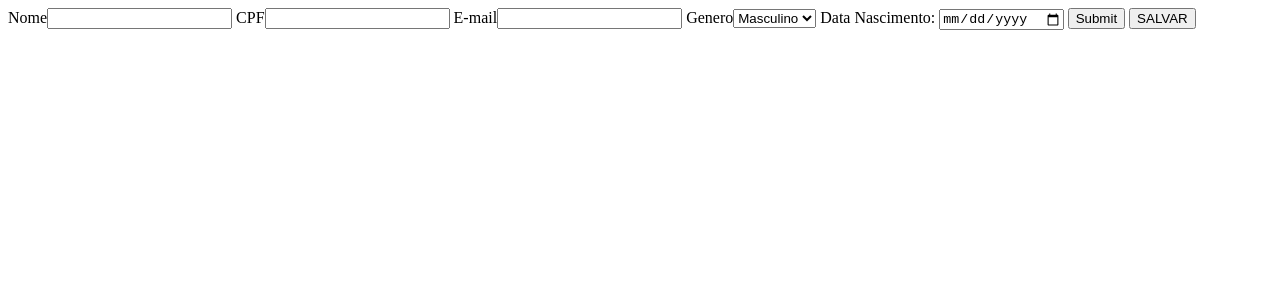
Repository: BrunoFBI/LED-2019
Page: http://localhost/les12015-web/CadastroCliente.jsp
These files come from the project's save history. The page is drawn as it stood at one moment and after the next save; the edit follows.
The browser window is 1280 px wide. The pictures show the whole page.
The page is served by Tomcat 9. Other server files are loaded and not shown.

Above is the page before, as saved 2019-02-12 17:42:50.

### les12015-web/WebContent/CadastroCliente.jsp
<%@ page language="java" contentType="text/html; charset=ISO-8859-1"
    pageEncoding="ISO-8859-1"%>
<!DOCTYPE html>
<html>
<head>
<meta charset="ISO-8859-1">
<title>Cadastro de Clientes</title>

</head>
<body>

	<form method="post" action="SalvarCliente">
			Nome<input type="text" id="txtNome" name="txtNome"/>
			CPF<input type="text" id="txtCpf" name="txtCpf"/>
			E-mail<input type="text" id="email" name="email"/>
			Genero<select id="gender" name="gender">
			  <option value="volvo">Masculino</option>
			  <option value="volvo">Feminino</option>
			  <option value="volvo">Outros</option>
			</select>
			Data Nascimento: <input type="date" name="bday">
  <input type="submit">
		<input type="submit" name="operacao" value="SALVAR" id="operacao">
	</form>
</body>
</html>

After the next save:
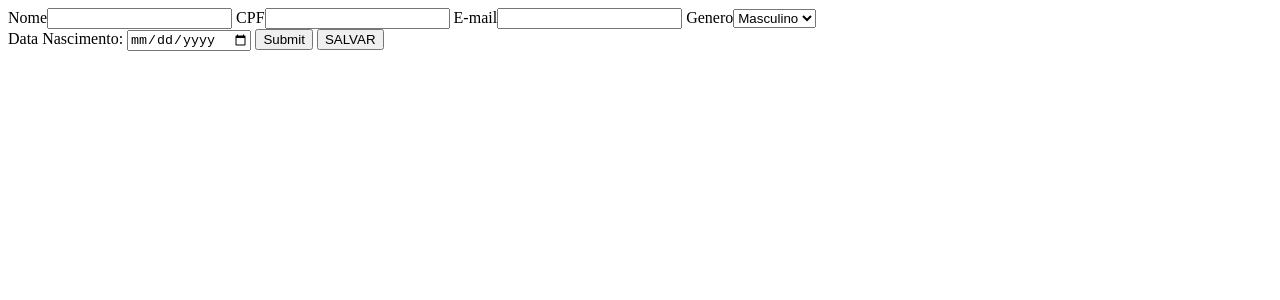
Saved 11 s later.
--- a/les12015-web/WebContent/CadastroCliente.jsp
+++ b/les12015-web/WebContent/CadastroCliente.jsp
@@ -17,7 +17,7 @@
 			  <option value="volvo">Masculino</option>
 			  <option value="volvo">Feminino</option>
 			  <option value="volvo">Outros</option>
-			</select>
+			</select></br>
 			Data Nascimento: <input type="date" name="bday">
   <input type="submit">
 		<input type="submit" name="operacao" value="SALVAR" id="operacao">
